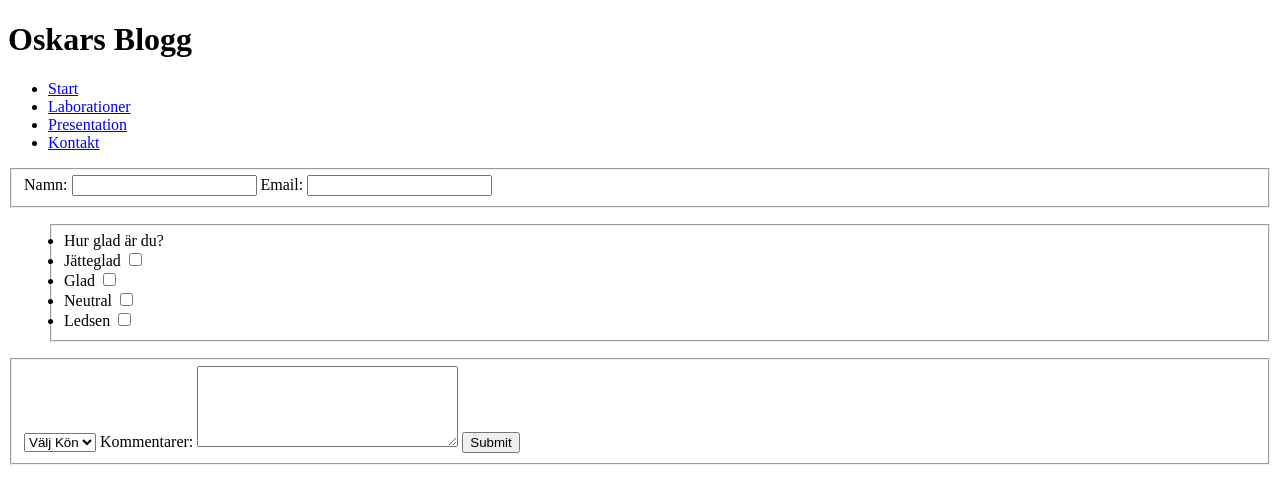
Repository: oe222bu/1ik415-laborationer
Page: Pages/kontakt.html
The author's editor kept a record of every edit. The page is drawn from the files as they stood at one moment, then again after the next edit.
The browser window is 1280 px wide. The pictures show the whole page.

Above is the page before.

After the next edit:
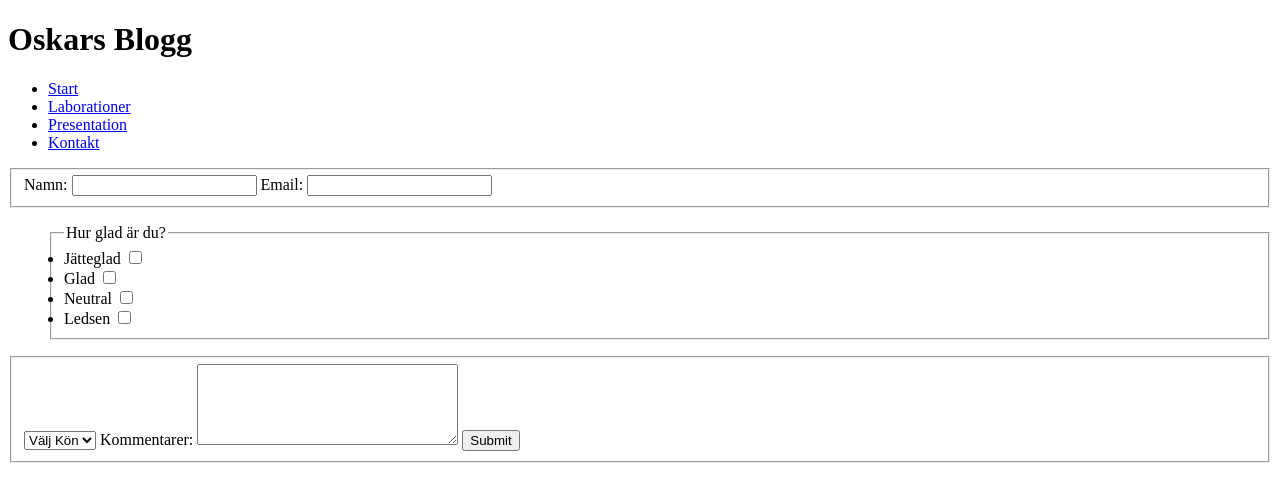
The edit:
--- a/Pages/kontakt.html
+++ b/Pages/kontakt.html
@@ -24,7 +24,7 @@
           <ul>
 
          <fieldset>
-        <li>Hur glad är du?</li>
+        <legend>Hur glad är du?</legend>
           <li><label for="Jätteglad">Jätteglad</label> <input type="checkbox" name="Jätteglad" id="Jätteglad" value="Jätteglad"></li>
 <li><label for="Glad">Glad</label> <input type="checkbox" name="Glad" id="Glad" value="Glad"></li>
           <li><label for="Neutral">Neutral</label> <input type="checkbox" name="Neutral" id="Neutral" value="Neutral"></li>
